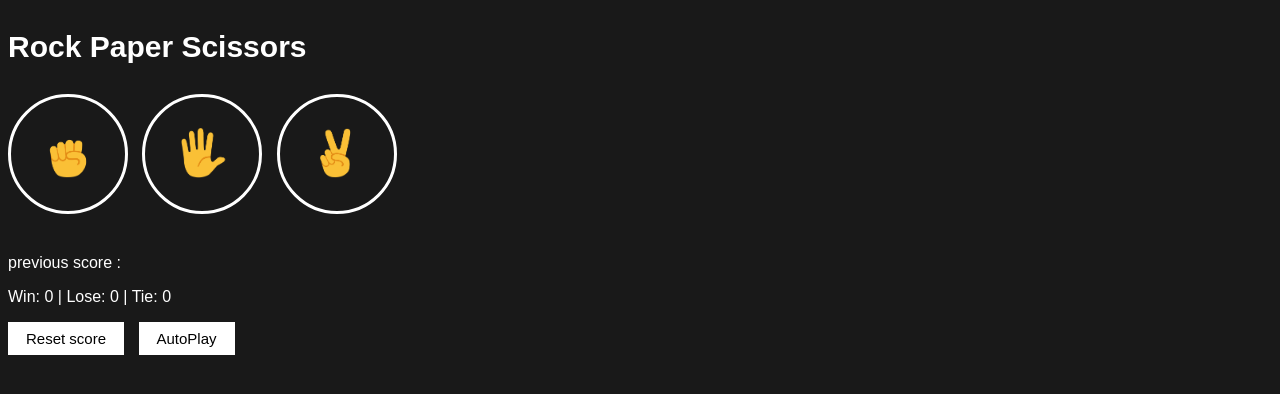
Repository: Gaurav124937/javascript
Page: html/08-rock-paper-scissors-evetlistner.html
The author's editor kept a copy of each file at every save. The page is drawn from the files as they stood at one save, then again after a run of saves.
The browser window is 1280 px wide. The pictures show the whole page.

Above is the page before, as saved 2026-04-06 21:33:21.
Console error: ReferenceError: doucm is not defined

### html/08-rock-paper-scissors-evetlistner.html
<!DOCTYPE html>
<html lang="en">

<head>
    <meta charset="UTF-8">
    <meta name="viewport" content="width=device-width, initial-scale=1.0">
    <title>Document</title>
    <link rel="stylesheet" href="../css/rock-paper-scisssor-autoplay.css">
</head>



<body>
    <p class="title">Rock Paper Scissors</p>
    <button  class="game-button rock-button">
        <img src="../images/rock-emoji.png" class="button-emoji"></button>
    <button  class="game-button paper-button">
        <img src="../images/paper-emoji.png" class="button-emoji"></button>
    <button  class="game-button scissors-button">
        <img src="../images/scissors-emoji.png" class="button-emoji"></button>
    <p class="displayresult"></p>
    <p class="choices"></p>
    <p class="js-previous-score previous"> previous score :</p>
    <p class="score-display"></p>
    <button onclick="resetScore() " class="reset-score">Reset score</button>
    <button onclick="autoPlay()" class="auto-play-button">AutoPlay</button>
    <script src="../js/rock-paper-scisssor-autoplay-eventlistner.js"></script>
</body>


</html>

### css/rock-paper-scisssor-autoplay.css
body {
    font-family: Arial, sans-serif;
    color: white;
    background-color: rgb(25, 25, 25);
}

.title {
    font-size: 30px;
    font-weight: bold;
    margin-bottom: 30px;
}

.game-button {
    width: 120px;
    height: 120px;
    border-radius: 90px;
    background-color: rgb(25, 25, 25);
    border: 3px solid white;
    margin-right: 10px;
    cursor: pointer;
}

.button-emoji {
    width: 50px;
}

.result-display {
    font-size: 25px;
    font-weight: bold;
    margin-top: 50px;
}

.choice-display {
    font-size: 15px;
    margin-top: 20px;
    vertical-align: top;
}

.previous {
    margin-top: 40px;
}

.reset-score {
    padding: 8px 18px;
    font-size: 15px;
    background-color: white;
    color: black;
    border: none;
    cursor: pointer;
}

.auto-play-button {
    padding: 8px 18px;
    font-size: 15px;
    background-color: white;
    color: black;
    border: none;
    cursor: pointer;
    margin-left: 10px;
}

### js/rock-paper-scisssor-autoplay-eventlistner.js
const score = localStorage.getItem('score') ? JSON.parse(localStorage.getItem('score')) : { win: 0, lose: 0, tie: 0 };

updateScoreElement();

//function to play the game

function ComputerChoice() {
    let randomNumber = Math.random();
    let ComputerChoice = '';
    if (randomNumber > 0 && randomNumber < 1 / 3) {
        ComputerChoice = 'rock';
    } else if (randomNumber > 1 / 3 && randomNumber < 2 / 3) {
        ComputerChoice = 'paper';
    } else {
        ComputerChoice = 'scissors';
    }
    return ComputerChoice;
}


    //main game function
        document.querySelector('.rock-button').addEventListener('click', () => playGame('rock'));
        document.querySelector('.paper-button').addEventListener('click', () => playGame('paper'));
        document.querySelector('.scissors-button').addEventListener('click', () => playGame('scissors'));


        doucm






function playGame(playerChoice) {
    document.querySelector('.js-previous-score').innerHTML = '';


    let returnedComputerChoice = ComputerChoice();

    //function to compare choices and determine result
    function copmarison() {
        let result = '';
        if (playerChoice === returnedComputerChoice) {
            score.tie++;
            result = 'Tie';
        } else if (
            (playerChoice === 'rock' && returnedComputerChoice === 'scissors') ||
            (playerChoice === 'paper' && returnedComputerChoice === 'rock') ||
            (playerChoice === 'scissors' && returnedComputerChoice === 'paper')
        ) {
            score.win++;
            result = "You win.";
        } else {
            score.lose++;
            result = "You lose.";
        }
        //store score in local storage
        localStorage.setItem('score', JSON.stringify(score));
        return result;
    }




    //display results on the webpage
    const resultElement = document.querySelector('.displayresult');
    resultElement.innerText = copmarison();
    resultElement.classList.add('result-display');


    //display choices
    const choiceElement = document.querySelector('.choices');

    choiceElement.innerHTML = `You chose: <img src="../images/${playerChoice}-emoji.png" class="button-emoji"> | Computer chose: <img src="../images/${returnedComputerChoice}-emoji.png" class="button-emoji">`;
    choiceElement.classList.add('choice-display');

    //display score
    updateScoreElement();



}
//function to reset score
function resetScore() {
    score.win = 0;
    score.lose = 0;
    score.tie = 0;
    localStorage.removeItem('score');
    alert(`Scores have been reset.`);
    updateScoreElement();
    document.querySelector('.choices').innerText = '';
    document.querySelector('.displayresult').innerText = '';

}

function updateScoreElement() {
    document.querySelector('.score-display').innerText = `Win: ${score.win} | Lose: ${score.lose} | Tie: ${score.tie}`;
}


let isAutoPlaying = false;
let autoPlayInterval;
function autoPlay() {
    if(!isAutoPlaying){
        autoPlayInterval = setInterval(function(){
        let playerMove=ComputerChoice();
        playGame(playerMove);
    }, 1000);
    isAutoPlaying=true;
    }
    else{
        clearInterval(autoPlayInterval);
        isAutoPlaying=false;
    }
}

After the next 2 saves:
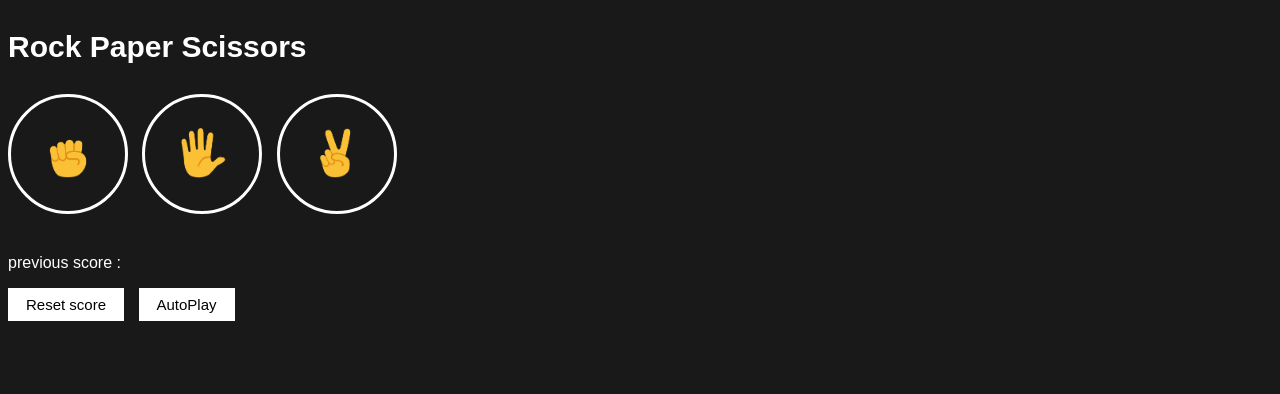
Console error: SyntaxError: Unexpected end of input
The 2 saves are shown as one change because they came seconds apart.
The last was saved 10 s later.
--- a/js/rock-paper-scisssor-autoplay-eventlistner.js
+++ b/js/rock-paper-scisssor-autoplay-eventlistner.js
@@ -24,7 +24,7 @@
         document.querySelector('.scissors-button').addEventListener('click', () => playGame('scissors'));
 
 
-        doucm
+        document.body.addEventListener('keydown', function(event) {
 
 
 

After the 4 saves that followed:
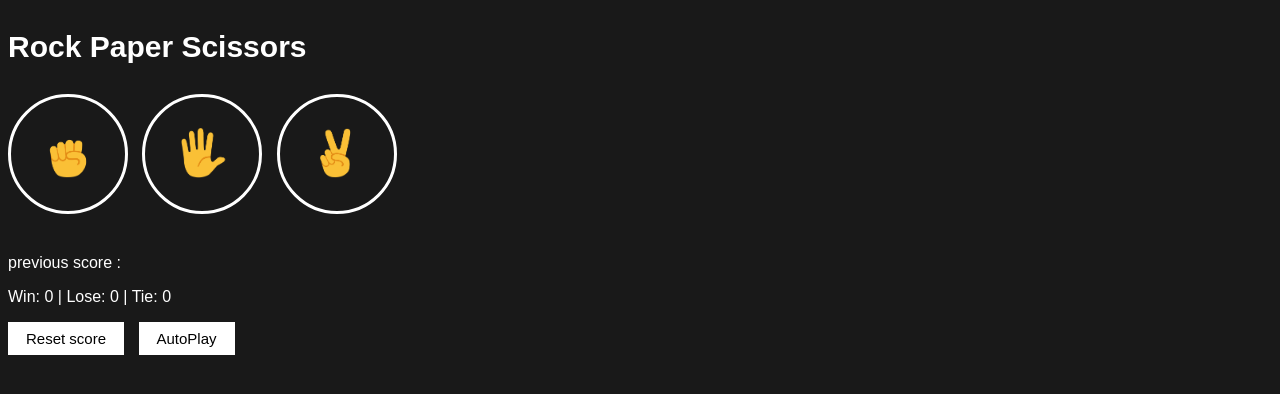
The error is gone.
The 4 saves are shown as one change because 1 left the picture as it was and some came seconds apart.
The last was saved 25 s later.
--- a/js/rock-paper-scisssor-autoplay-eventlistner.js
+++ b/js/rock-paper-scisssor-autoplay-eventlistner.js
@@ -24,10 +24,15 @@
         document.querySelector('.scissors-button').addEventListener('click', () => playGame('scissors'));
 
 
-        document.body.addEventListener('keydown', function(event) {
-
-
-
+        document.body.addEventListener('keydown', (event) => {
+            if (event.key === 'r') {
+                playGame('rock');
+            } else if (event.key === 'p') {
+                playGame('paper');
+            } else if (event.key === 's') {
+                playGame('scissors');
+            }
+        });
 
 
 
